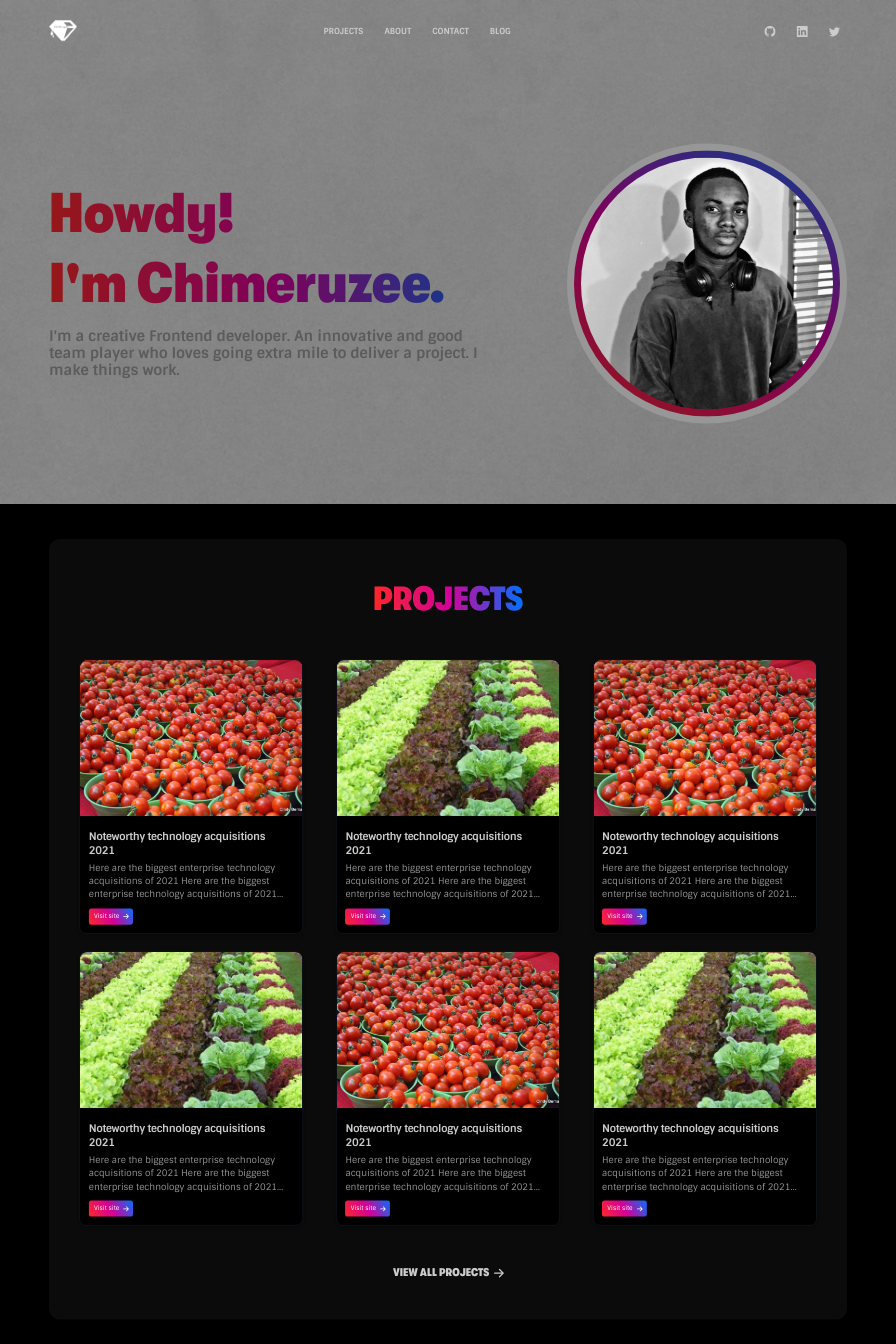
Repository: Ehceyn/ChimeruzeePortfolio
Page: /
The author's editor kept a copy of each file at every save. The page is drawn from the files as they stood at one save, then again after the next save.
The browser window is 1280 px wide. The pictures show the part of the page from y = 0 to 1920 px (the page is 2801 px tall), at 70% of full size.
The project was rebuilt for these pictures with package versions that can differ from the ones it lists, and the page was loaded fresh each time. The framework's server and built-in components were replaced by stand-ins that run in the browser. Also part of the build but not shown: next.config.js.

Above is the page before, as saved 2022-07-04 09:28:09.

### pages/_app.js
import Layout from "../src/components/Layout/Layout";
import "../styles/global.css";

function MyApp({ Component, pageProps }) {
  return (
    <Layout>
      <Component {...pageProps} />
    </Layout>
  );
}

export default MyApp;

### pages/index.js
import MetaHead from "../src/components/MetaHead/MetaHead";
import Header from "../src/components/Header/Header";
import Hero from "../src/components/Hero/Hero";
import Projects from "../src/components/Projects/Projects";
import Technologies from "../src/components/Technologies/Technologies";
import Timeline from "../src/components/Timeline/Timeline";
import Accomplishments from "../src/components/Accomplishments/Accomplishments";
import Contact from "../src/components/Contact/Contact";
import Footer from "../src/components/Footer/Footer";

export default function Home() {
  return (
    <>
      <MetaHead
        title="Chimeruzee | Front-end developer"
        contentKeyword="web development, react development, frontend development, web design, programming"
        contentDescription="A Web designer and developer's portfolio"
      />
      <Header />
      <Hero />
      <Projects />
      <Technologies />
      <Timeline />
      <Accomplishments />
      <Contact />
      <Footer />
    </>
  );
}

### src/components/Layout/Layout.js
import React from "react";

function Layout({ children }) {
  return <>{children}</>;
}

export default Layout;

### styles/global.css
@font-face {
  font-family: GTWalsheimPro;
  src: url(/fonts/GTWalsheimPro-CondensedBlack/GTWalsheimPro-CondensedBlack.ttf); /* IE9 Compat Modes */
  src: url(/fonts/GTWalsheimPro-CondensedBlack/GTWalsheimPro-CondensedBlack.ttf?iefix)
      format("embedded-opentype") /* IE6-IE8 */,
    url(/fonts/GTWalsheimPro-CondensedBlack/GTWalsheimPro-CondensedBlack.woff)
      format("woff") /* Super Modern Browsers */,
    url(/fonts/GTWalsheimPro-CondensedBlack/GTWalsheimPro-CondensedBlack.woff2)
      format("woff2") /* Pretty Modern Browsers */,
    url(/fonts/GTWalsheimPro-CondensedBlack/GTWalsheimPro-CondensedBlack.ttf)
      format("truetype"); /* Safari, Android, iOS */
  font-weight: 900;
  font-style: normal;
}

@font-face {
  font-family: Sintony-Bold;
  src: url(/fonts/Sintony/Sintony-Bold.ttf); /* IE9 Compat Modes */
  font-style: normal;
}

@font-face {
  font-family: Sintony-Regular;
  src: url(/fonts/Sintony/Sintony-Regular.ttf); /* IE9 Compat Modes */
  font-style: normal;
}

@tailwind base;
@tailwind components;
@tailwind utilities;

* {
  box-sizing: border-box;
  margin: 0;
  padding: 0;
}
html {
  font-size: 62.5%;
  scroll-behavior: smooth;
  background: black;
}
body {
  font-family: Sintony-Regular, "Segoe UI", sans-serif;
  font-size: 1.6rem;
  background: black;
  color: #ccc;
  cursor: default;
  max-width: 1700px;
  margin: auto;
}
h1 {
  display: flex;
  align-items: center;
  width: 100%;
  height: fit-content;
  font-size: 5em;
  color: gray;
  background: -webkit-linear-gradient(180deg, #0070fdff, #d50098ff, #fd2828);
  -webkit-background-clip: text;
  -webkit-text-fill-color: transparent;
  flex-wrap: wrap;
}
h2 {
  display: flex;
  align-items: center;
  width: fit-content;
  height: fit-content;
  font-size: 3em;
  color: gray;
  background: -webkit-linear-gradient(180deg, #0070fdff, #d50098ff, #fd2828);
  -webkit-background-clip: text;
  -webkit-text-fill-color: transparent;
  flex-wrap: wrap;
}
h3 {
  font-family: Sintony-Bold, "Segoe UI", sans-serif;
  font-size: 1.3em;
  line-height: 1.2;
  color: #999;
}

h4 {
  font-family: Sintony-Bold, "Segoe UI", sans-serif;
  font-size: 1.3em;
  line-height: 1.2;
}

p {
  font-size: 0.8em;
  color: #999;
  line-height: 1.5;
}

h1,
h2,
h5,
h6,
button {
  font-family: GTWalsheimPro, "Segoe UI", sans-serif;
}

.card-text {
  overflow: hidden;
  text-overflow: ellipsis;
  display: -webkit-box;
  -webkit-line-clamp: 3; /* number of lines to show */
  -webkit-box-orient: vertical;
}

nav .navlinks {
  display: flex;
  align-items: center;
  width: fit-content;
  height: inherit;
  text-transform: uppercase;
  font-size: 12px;
  font-family: Sintony-Bold, "Segoe UI", sans-serif;
  cursor: pointer;
}

nav .navlinks:focus {
  color: #0070fdff;
}

a {
  text-decoration: none;
}
li {
  list-style: none;
}

.sectionStyle {
  display: flex;
  align-items: center;
  width: 100%;
  height: fit-content;
  padding: 30px 100px;
}

/* Linear Gradient background for hero image */
.background {
  background: -webkit-linear-gradient(210deg, #0070fdff, #d50098ff, #fd2828);
}
/* Linear Gradient Border for hero image */
.border-gradient {
  background: linear-gradient(210deg, #0070fdff, #d50098ff, #fd2828) border-box,
    linear-gradient(210deg, #0070fdff, #d50098ff, #fd2828) padding-box;
}

.hero {
  background-image: url("/images/meruz-bw.jpg");
}

.hero::before {
  content: "";
  background-size: cover;
  position: absolute;
  top: 0px;
  right: 0px;
  bottom: 0px;
  left: 0px;
  opacity: 0.75;
  background-color: rgba(0, 0, 0, 0.541);
}

/*
   accent1: "hsl(34.9,98.6%,72.9%)",
    button: "hsl(205.1,100%,36.1%)",
    background2: "hsl(232.7,27.3%,23.7%)", */

### src/components/MetaHead/MetaHead.js
import Head from "next/head";

import React from "react";

function MetaHead(props) {
  return (
    <Head>
      <title>{props.title}</title>
      <meta name="description" content={props.contentKeyword} />
      <meta name="keywords" content={props.contentDescription} />
      <link rel="icon" href="/favicon.ico" />
    </Head>
  );
}

export default MetaHead;

### src/components/Header/Header.js
import React from "react";
import { BsGithub, BsLinkedin, BsTwitter } from "react-icons/bs";

import Image from "next/image";

function Header() {
  return (
    <header className="flex items-center justify-center w-full h-[90px] px-[70px] fixed t-0 inset-x-0 z-30">
      <div className="flex items-center justify-between w-[inherit] h-[inherit]">
        <Image
          src="/images/immersewhite.png"
          height="40px"
          width="40px"
          alt="Logo"
          objectFit="contain"
        />
        <nav className="flex items-center w-fit h-fit space-x-4">
          <article className="navlinks hover:bg-[#2020205b] p-4 hover:rounded-lg hover:scale-105 active:scale-100 transition-all duration-200">
            Projects
          </article>
          <article className="navlinks hover:bg-[#2020205b] p-4 hover:rounded-lg hover:scale-105 active:scale-100 transition-all duration-200">
            About
          </article>
          <article className="navlinks hover:bg-[#2020205b] p-4 hover:rounded-lg hover:scale-105 active:scale-100 transition-all duration-200">
            Contact
          </article>
          <article className="navlinks hover:bg-[#2020205b] p-4 hover:rounded-lg hover:scale-105 active:scale-100 transition-all duration-200">
            Blog
          </article>
        </nav>
        <div className="flex items-center w-fit h-[inherit] space-x-4">
          <article className="cursor-pointer hover:bg-[#2020205b] p-4 hover:rounded-lg hover:scale-105 active:scale-100 transition-all duration-200">
            <BsGithub className="text-[#ccc] text-[16px]" />
          </article>
          <article className="cursor-pointer hover:bg-[#2020205b] p-4 hover:rounded-lg hover:scale-105 active:scale-100 transition-all duration-200">
            {" "}
            <BsLinkedin className="text-[#ccc] text-[16px]" />
          </article>
          <article className="cursor-pointer hover:bg-[#2020205b] p-4 hover:rounded-lg hover:scale-105 active:scale-100 transition-all duration-200">
            {" "}
            <BsTwitter className="text-[#ccc] text-[16px]" />
          </article>
        </div>
      </div>
    </header>
  );
}

export default Header;

### src/components/Hero/Hero.js
import Image from "next/image";
import React from "react";

function Hero() {
  return (
    <section className="flex justify-between items-center w-full h-[100vh] pt-[90px] mb-20 px-[70px] hero">
      <div className="w-fit leading-tight mr-[100px] ">
        <h1>Howdy! </h1>
        <h1>I&apos;m Chimeruzee.</h1>
        <h3 className="flex items-center w-fit max-w-[800px] h-fit py-5 ">
          I&apos;m a creative Frontend developer. An innovative and good team
          player who loves going extra mile to deliver a project. I make things
          work.
        </h3>
      </div>
      <div className="max-w-[400px] min-w-[400px] object-contain ">
        <div className="border-[10px] border-gradient border-white rounded-full object-cover flex justify-center items-center p-[10px] ">
          <Image
            src="/images/meruz-bw.jpg"
            width="400"
            height="400"
            alt="Chimeruzee"
            objectFit="cover"
            className="rounded-full background"
          />
        </div>
      </div>
    </section>
  );
}

export default Hero;

### src/components/Projects/Projects.js
import React from "react";
import Image from "next/image";

function Projects() {
  return (
    <section className="px-[70px]">
      <div className=" w-full min-h-[80vh] h-fit bg-[#2020205b] rounded-3xl py-20">
        <article className="w-full flex justify-center mb-20">
          <h2>PROJECTS</h2>
        </article>
        {/* All project cards */}
        <div className="w-full grid grid-cols-1 md:grid-cols-3 gap-x-4 gap-y-10 px-10">
          {[
            { src: "/images/test1.jpg", name: "HTML" },
            { src: "/images/test2.jpg", name: "CSS" },
            { src: "/images/test1.jpg", name: "HTML" },
            { src: "/images/test2.jpg", name: "CSS" },
            { src: "/images/test1.jpg", name: "HTML" },
            { src: "/images/test2.jpg", name: "CSS" },
          ].map((r) => (
            <div
              key={r.name}
              className="group max-w-lg bg-black w-[512px] overflow-hidden rounded-2xl border-[1px] border-gray-900 shadow-md object-cover mx-auto"
            >
              <a href="#">
                <Image
                  className="rounded-t-2xl group-hover:scale-105 transition-all duration-200"
                  src={r.src}
                  alt=""
                  width={500}
                  height={350}
                  objectFit="cover"
                />
              </a>
              <div className="p-5">
                <a href="#">
                  <h4 className="mb-2 text-2xl font-bold tracking-tight">
                    Noteworthy technology acquisitions 2021
                  </h4>
                </a>
                <p className="mb-3 w-[300px] h-30 card-text">
                  Here are the biggest enterprise technology acquisitions of
                  2021 Here are the biggest enterprise technology acquisitions
                  of 2021 technology acquisitions of 2021
                </p>
                <a
                  href="#"
                  className="inline-flex items-center py-2 px-3 text-sm font-medium text-center text-white focus:ring-4 focus:outline-none background rounded-md"
                >
                  Visit site
                  <svg
                    className="ml-2 -mr-1 w-4 h-4 group-hover:translate-x-1 transition-all duration-200 ease-in-out"
                    fill="currentColor"
                    viewBox="0 0 20 20"
                    xmlns="http://www.w3.org/2000/svg"
                  >
                    <path
                      fillRule="evenodd"
                      d="M10.293 3.293a1 1 0 011.414 0l6 6a1 1 0 010 1.414l-6 6a1 1 0 01-1.414-1.414L14.586 11H3a1 1 0 110-2h11.586l-4.293-4.293a1 1 0 010-1.414z"
                      clipRule="evenodd"
                    ></path>
                  </svg>
                </a>
              </div>
            </div>
          ))}
        </div>
        <article className="w-full flex justify-center mt-20">
          <button className="group bg-transparent py-2 px-4 uppercase inline-flex items-center">
            View all projects
            <svg
              className="ml-2 -mr-1 w-7 h-7 group-hover:translate-x-1 transition-all duration-200"
              fill="currentColor"
              viewBox="0 0 20 20"
              xmlns="http://www.w3.org/2000/svg"
            >
              <path
                fillRule="evenodd"
                d="M10.293 3.293a1 1 0 011.414 0l6 6a1 1 0 010 1.414l-6 6a1 1 0 01-1.414-1.414L14.586 11H3a1 1 0 110-2h11.586l-4.293-4.293a1 1 0 010-1.414z"
                clipRule="evenodd"
              ></path>
            </svg>
          </button>
        </article>
      </div>
    </section>
  );
}

export default Projects;

### src/components/Technologies/Technologies.js
import React from "react";
import Image from "next/image";

function Technologies() {
  return (
    <section className="px-[70px]">
      <div className=" w-full min-h-[80vh] h-fit py-20">
        <article className="w-full flex justify-center mb-20">
          <h2>TECHNOLOGIES</h2>
        </article>
        <div className="w-full grid grid-cols-2 md:grid-cols-4 gap-x-4 gap-y-10 px-10">
          {[
            { src: "/images/html.png", name: "HTML" },
            { src: "/images/css.png", name: "CSS" },
            { src: "/images/js.png", name: "JavaScript" },
            { src: "/images/react.png", name: "react" },
            { src: "/images/nodejs.png", name: "nodeJS" },
            { src: "/images/nextjs.svg", name: "nextJS" },
            { src: "/images/GraphQL-logo.png", name: "graphQL" },
            { src: "/images/redux.png", name: "Redux" },
            { src: "/images/mongodb.png", name: "MongoDB" },
            { src: "/images/firebase.png", name: "Firebase" },
            { src: "/images/git.png", name: "Git" },
            { src: "/images/tailwind.png", name: "TailwindCss" },
          ].map((r, index) => (
            <div
              key={r.name}
              className="group flex flex-col justify-center items-center bg-[#2020205b] py-10 px-16 rounded-lg shadow-md mx-auto"
            >
              <Image
                src={r.src || "/images/GraphQL-logo.png"}
                alt=""
                width={100}
                height={100}
                objectFit="contain"
              />
              <h4 className="mt-5  text-2xl font-bold tracking-tight capitalize">
                {r.name}
              </h4>
            </div>
          ))}
        </div>
      </div>
    </section>
  );
}

export default Technologies;

### src/components/Timeline/Timeline.js
import React from "react";

function Timeline() {
  return <div>Timeline</div>;
}

export default Timeline;

### src/components/Accomplishments/Accomplishments.js
import React from "react";

function Accomplishments() {
  return <div>Accomplishments</div>;
}

export default Accomplishments;

### tailwind.config.js
/** @type {import('tailwindcss').Config} */
module.exports = {
  mode: "jit",
  content: ["./src/**/*.{js,jsx,ts,tsx}", "./pages/**/*.{js,jsx,ts,tsx}"],
  theme: {
    extend: {},
    screens: {
      xs: "460px",
      // => @media (min-width: 460px) { ... }
      sm: "640px",
      // => @media (min-width: 640px) { ... }

      md: "768px",
      // => @media (min-width: 768px) { ... }

      md2: "1000px",
      // => @media (min-width: 1000px) { ... }

      md3: "1124px",
      // => @media (min-width: 1124px) { ... }

      lg: "1024px",
      // => @media (min-width: 1024px) { ... }

      xl: "1280px",
      // => @media (min-width: 1280px) { ... }

      "2xl": "1536px",
      // => @media (min-width: 1536px) { ... }
    },
  },
  plugins: [],
};

Loaded but not shown: pages/_document.js (common file); src/components/Contact/Contact.js (common file); src/components/Footer/Footer.js (common file)

After the next save:
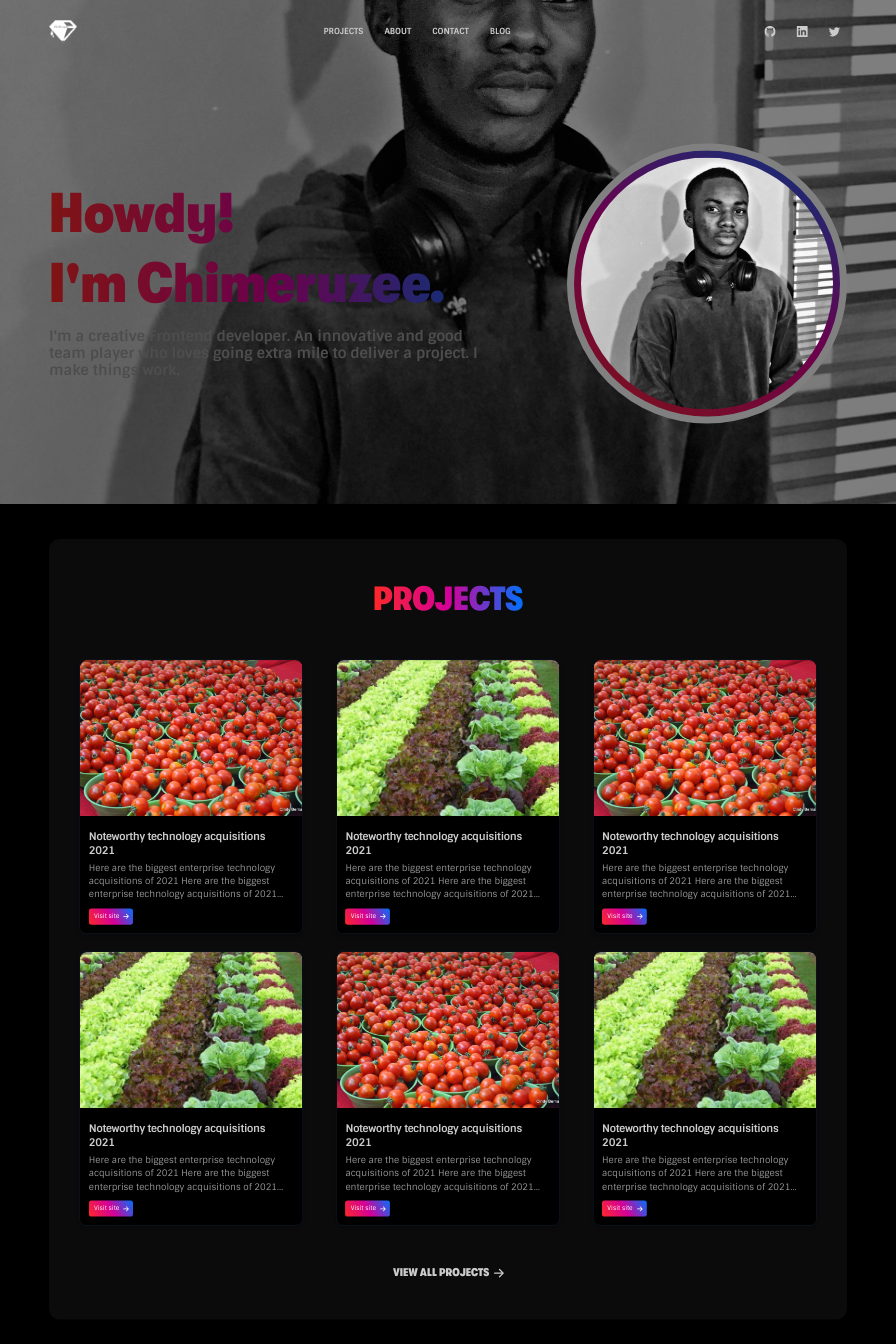
Saved 2 min 9 s later.
--- a/styles/global.css
+++ b/styles/global.css
@@ -148,7 +148,8 @@
 }
 
 .hero {
-  background-image: url("/images/meruz-bw.jpg");
+  position: relative;
+  background: url("/images/meruz-bw.jpg") no-repeat center/cover;
 }
 
 .hero::before {
@@ -160,7 +161,7 @@
   bottom: 0px;
   left: 0px;
   opacity: 0.75;
-  background-color: rgba(0, 0, 0, 0.541);
+  background-color: rgba(0, 0, 0, 0.664);
 }
 
 /*
